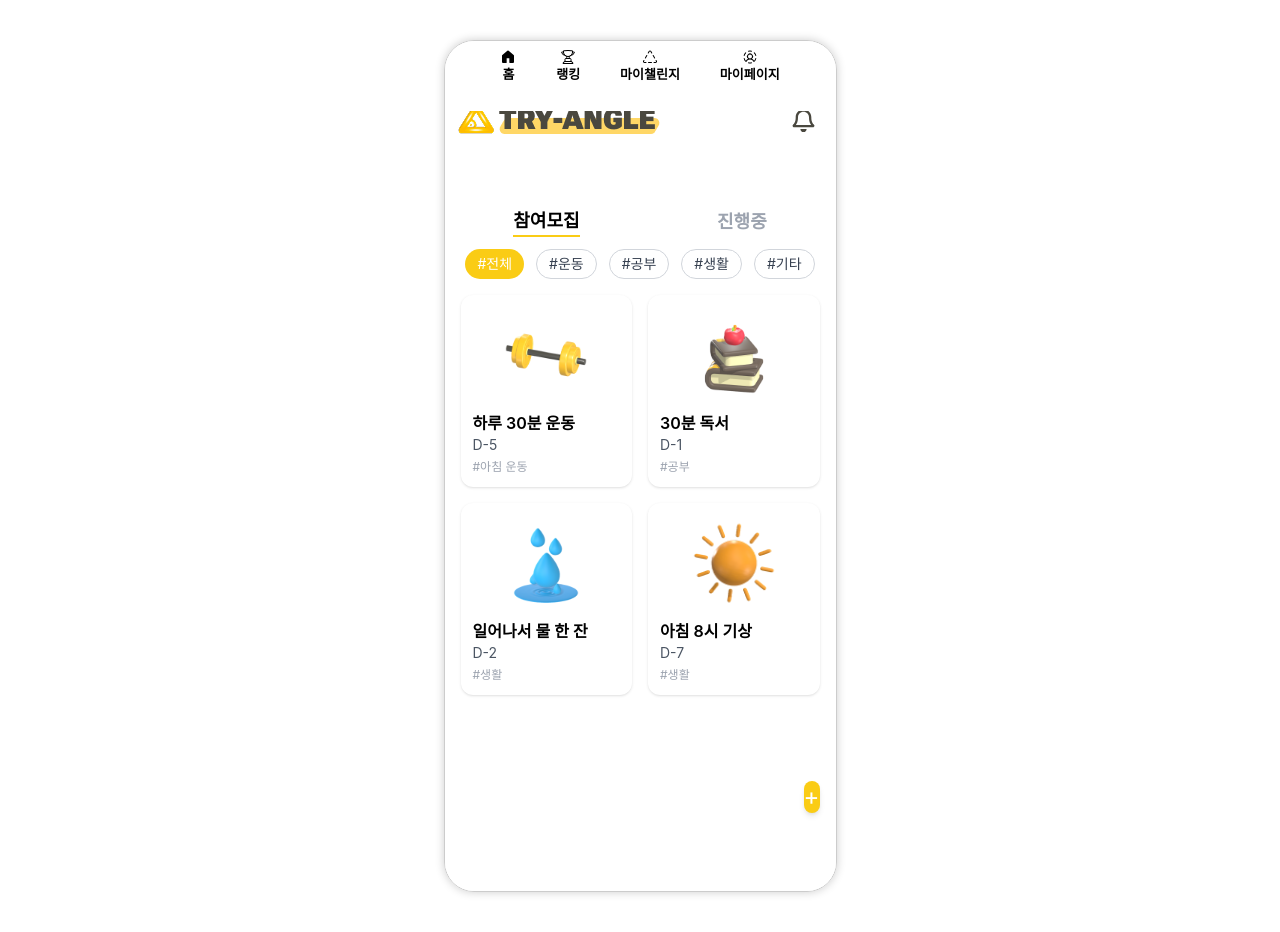
Repository: gusdk19/TryAngle-FE
Page: /
An editor plug-in stored every save of this project. The page is shown before and after the next save, followed by the edit.
The browser window is 1280 px wide. The pictures show the whole page.
The project was rebuilt for these pictures with package versions that can differ from the ones it lists, and the page was loaded fresh each time. Also part of the build but not shown: src/App.css.

Above is the page before, as saved 2025-04-30 15:36:52.

After the next save:
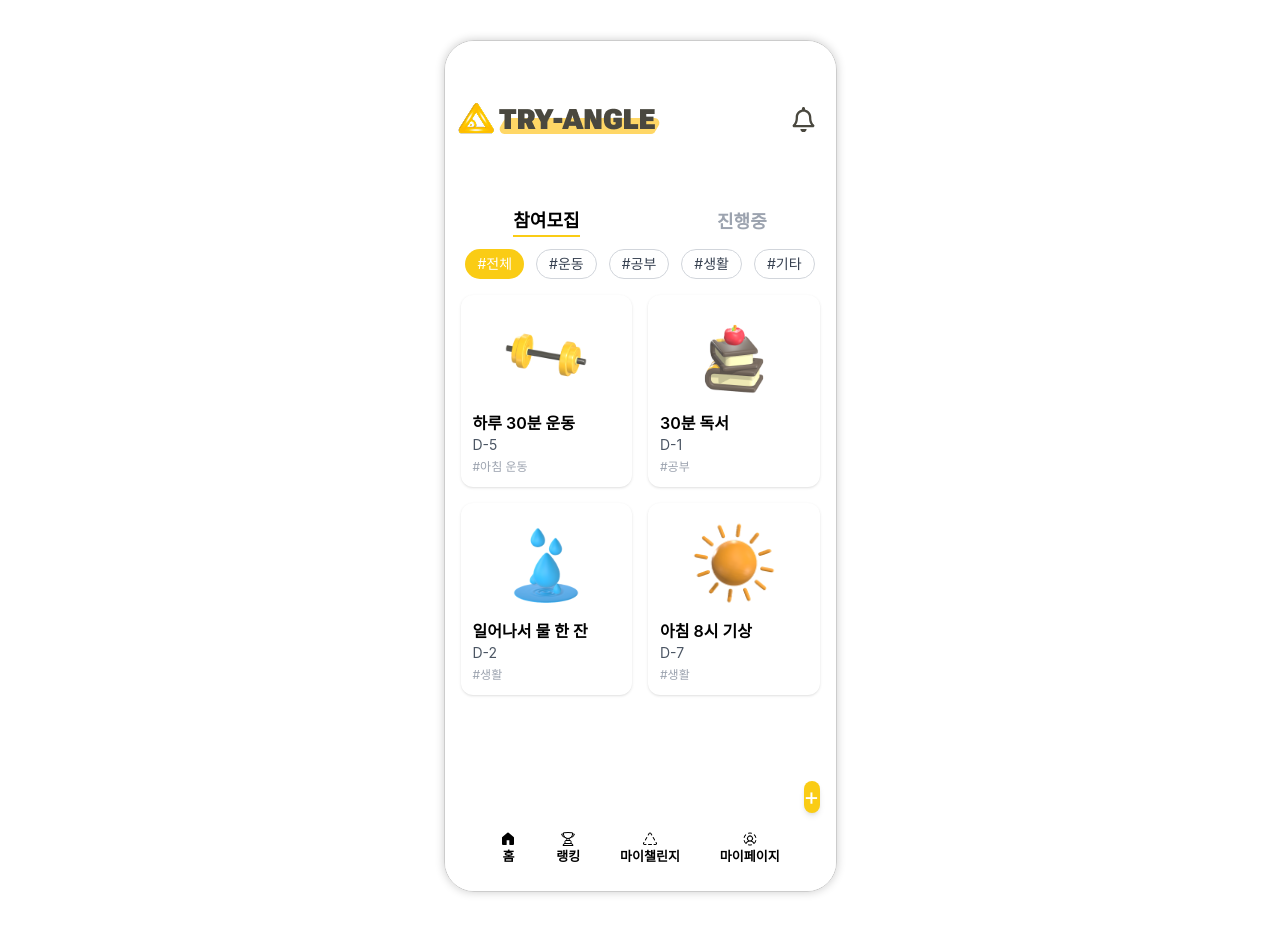
Saved 80 s later.
--- a/src/components/Footer.js
+++ b/src/components/Footer.js
@@ -32,7 +32,7 @@ export default function Footer({ page }) {
   ];
 
   return (
-    <footer className="absolute w-full h-[70px] bg-white px-4 pt-2 z-10">
+    <footer className="absolute w-full h-[70px] bg-white px-4 pt-2 bottom-0 left-0">
       <div className="flex justify-evenly items-start">
         {navigationItems.map((item, index) => (
           <div
